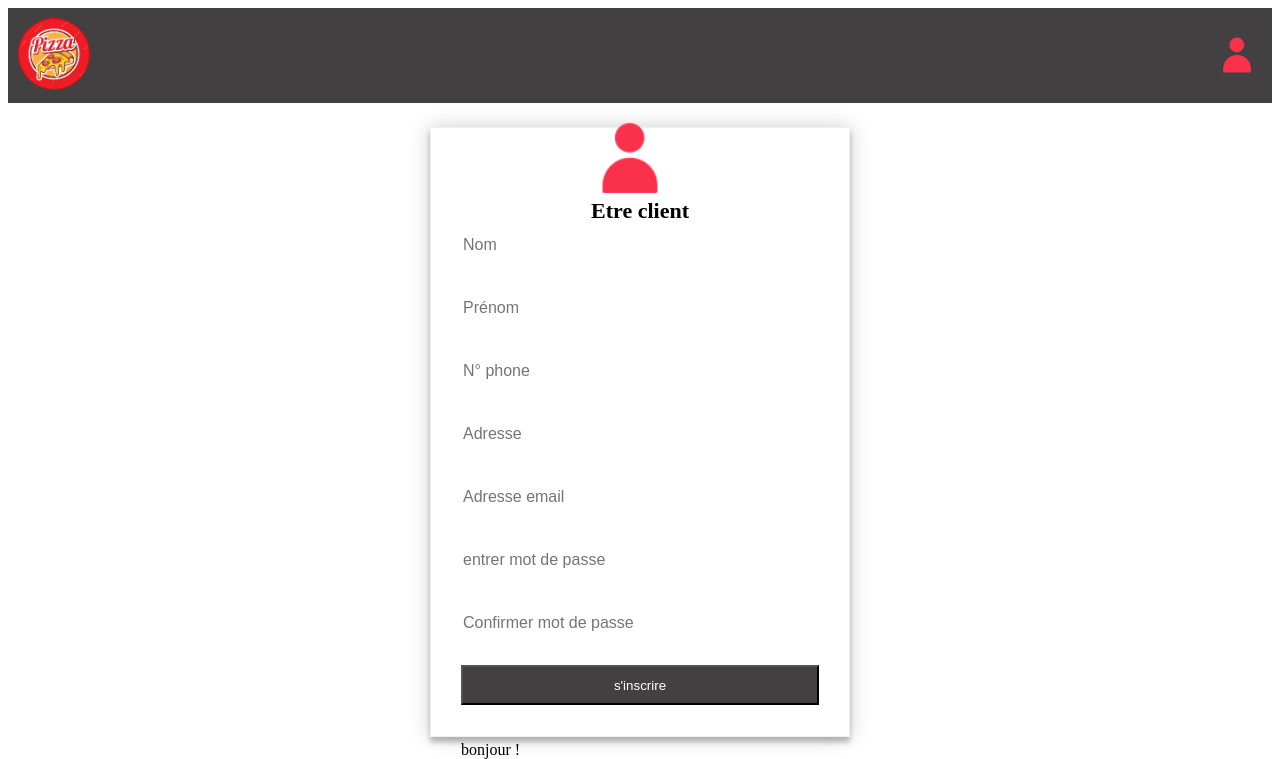
Repository: mlaminebah/PizzaWeb
Page: http://localhost/pizzaweb/Sinscrire
These files come from the project's save history. The page is drawn as it stood at one moment and after the next save; the edit follows.
The browser window is 1280 px wide. The pictures show the whole page.
The page is served by Tomcat 9.

Above is the page before, as saved 2022-03-22 19:31:37.

After the next save:
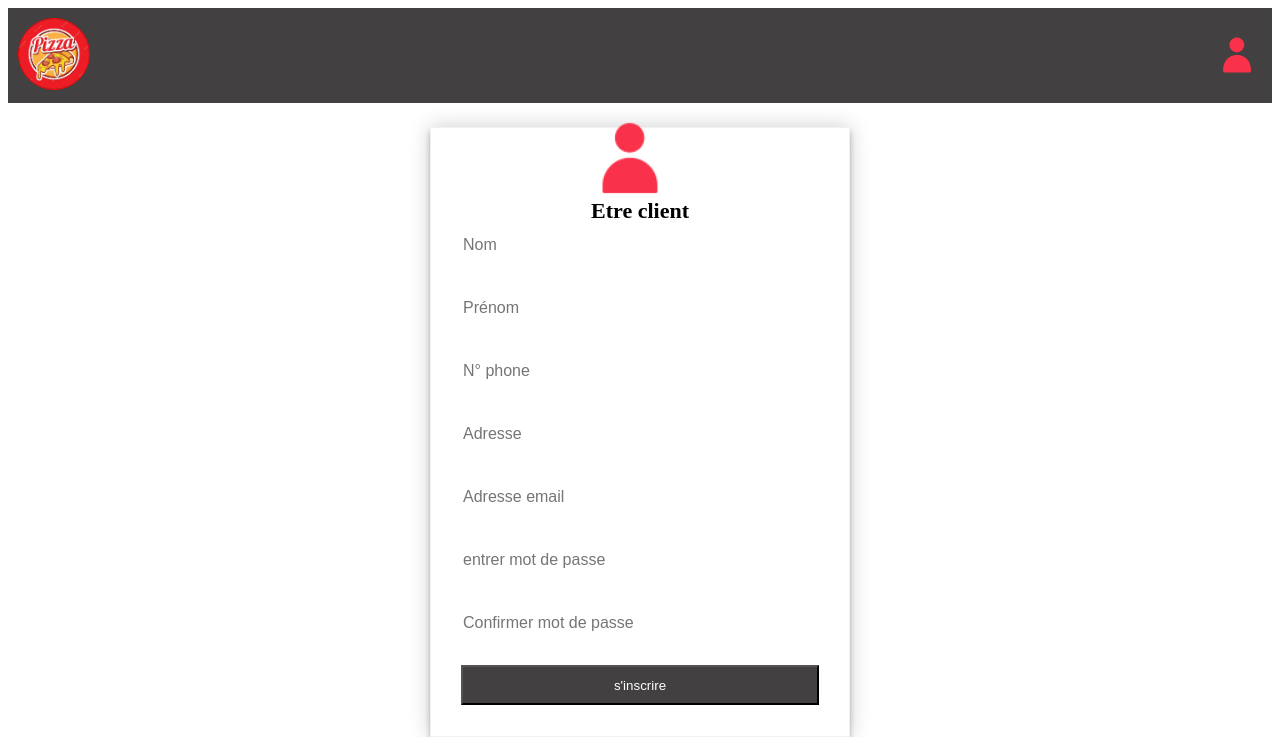
Saved 12 s later.
--- a/PizzaWeb/pizzaweb/src/main/webapp/sinscrire.jsp
+++ b/PizzaWeb/pizzaweb/src/main/webapp/sinscrire.jsp
@@ -13,7 +13,7 @@
 	        <input type="password" placeholder="entrer mot de passe" class="sig">
 	        <input type="password" placeholder="Confirmer mot de passe" class="sig">
 	        <button class="bsins">s'inscrire</button>
-	       <p><c:out value="bonjour !"></c:out></p>
+
 	    </section>
 	</body>
 </html>
